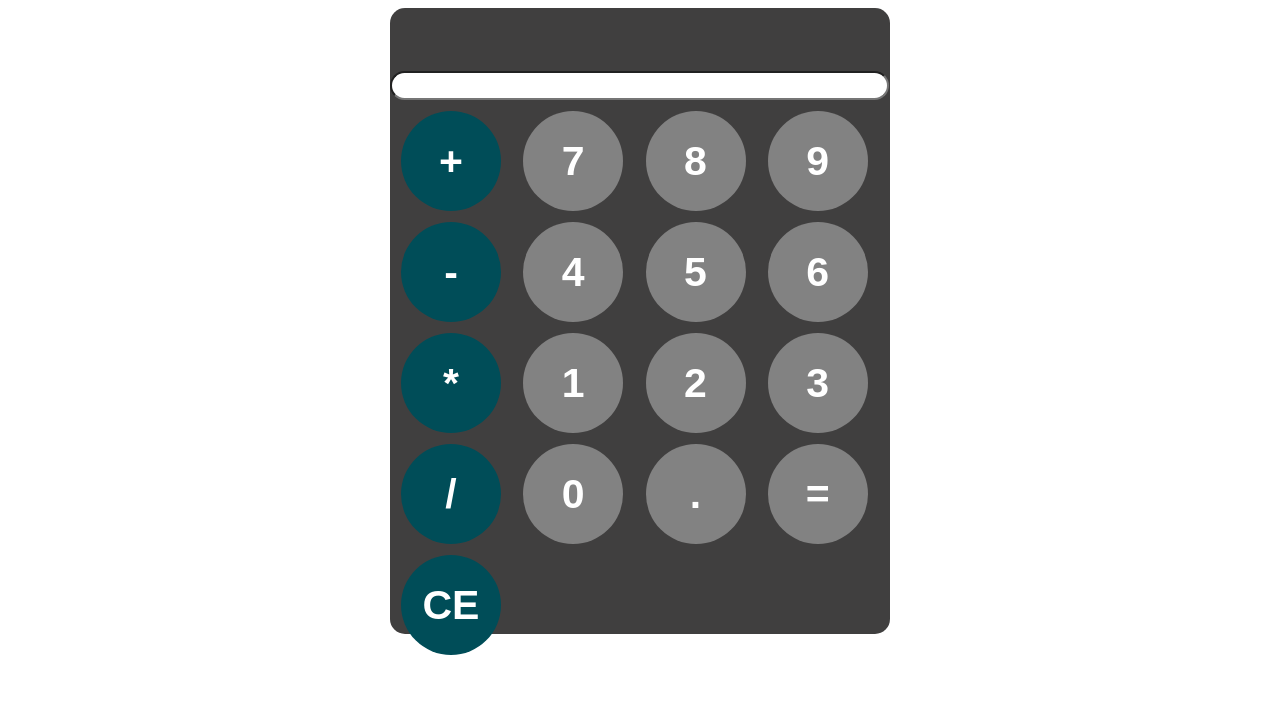
Repository: rkrukshan/JS-Calculator
Page: index.html
An editor plug-in stored every save of this project. The page is shown before and after the next save, followed by the edit.
The browser window is 1280 px wide. The pictures show the whole page.

Above is the page before, as saved 2024-09-02 13:58:11.

After the next save:
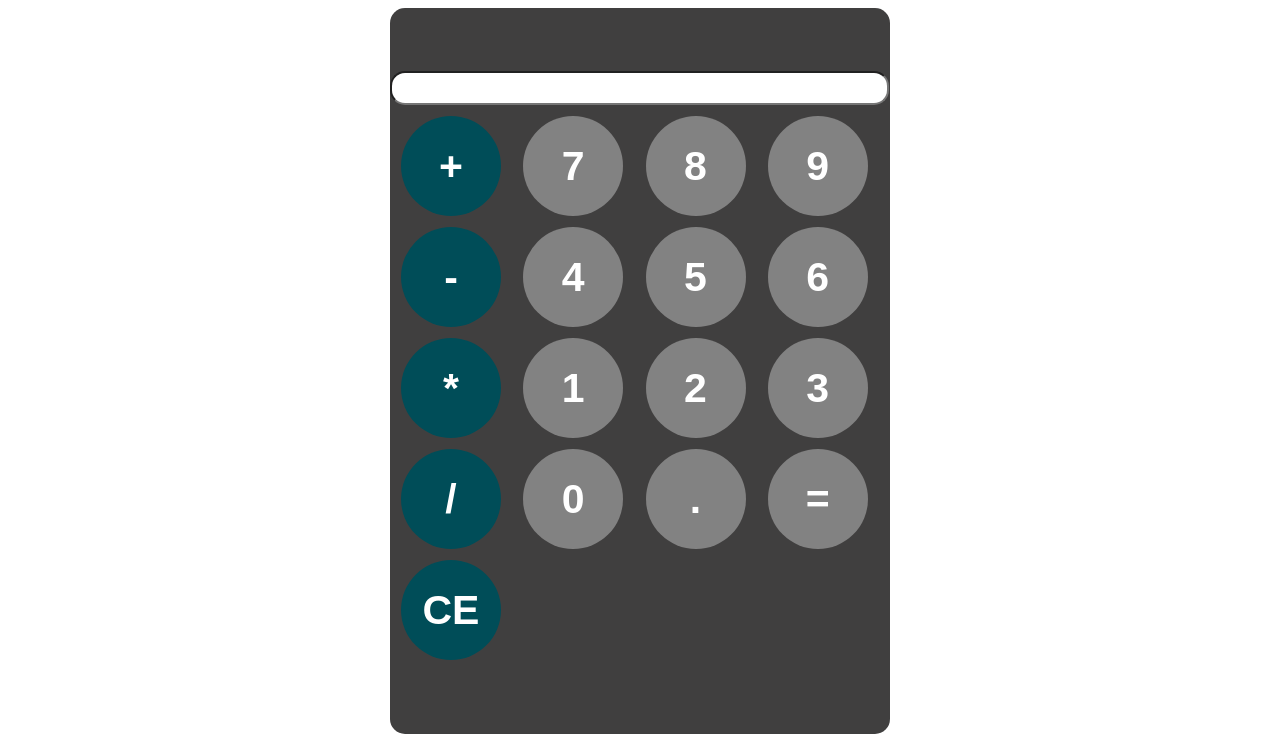
Saved 29 s later.
--- a/style.css
+++ b/style.css
@@ -5,7 +5,7 @@
   justify-content: center;
   border: none;
   max-width: 500px;
-  max-height: 500px;
+  max-height: 600px;
   margin: auto;
   padding: 5% 0;
   background-color: hsl(0, 1%, 25%);
